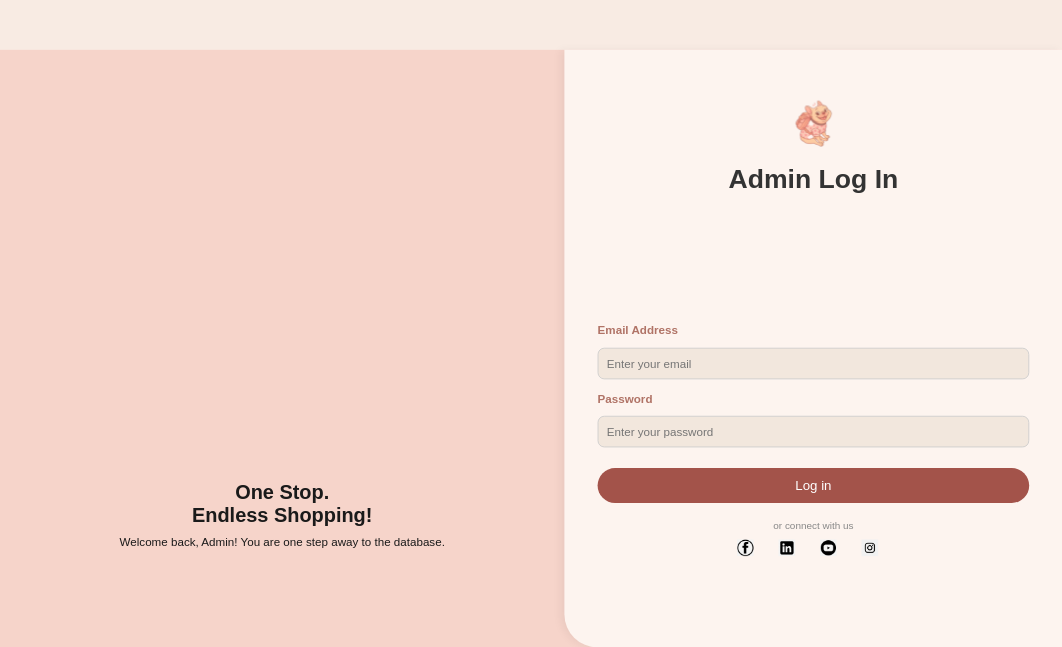
Repository: Yanayana-p/Bullgoods
Page: /adminlogin (app in Bullgoodiez/)
An editor plug-in stored every save of this project. The page is shown before and after the next save, followed by the edit.
The browser window is 1280 px wide. The pictures show the whole page, at 83% of full size.
Some web fonts or font styles are not loaded; a fallback is used. The project was rebuilt for these pictures with package versions that can differ from the ones it lists, and the page was loaded fresh each time. Also part of the build but not shown: Bullgoodiez/vite.config.js, Bullgoodiez/src/components/Navbar.css, Bullgoodiez/src/components/Navbar.jsx, Bullgoodiez/src/components/Home.jsx, Bullgoodiez/src/components/Developers.css, Bullgoodiez/src/components/Developers.jsx, Bullgoodiez/src/components/Mission1.css, Bullgoodiez/src/components/Mission1.jsx and 22 more.

Above is the page before, as saved 2025-05-18 23:07:30.

After the next save:
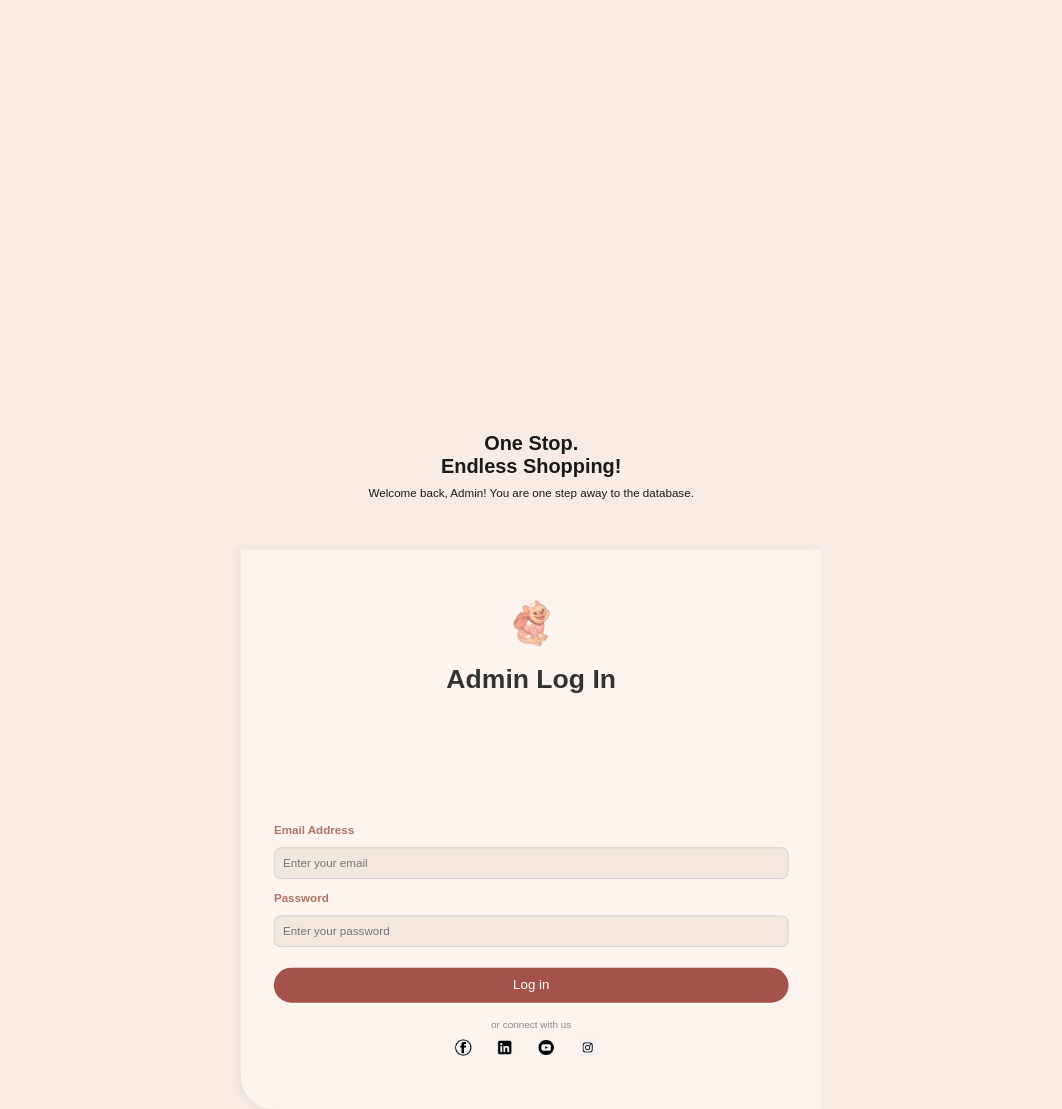
Saved 16 s later.
--- a/Bullgoodiez/src/adminlogin/alogin.css
+++ b/Bullgoodiez/src/adminlogin/alogin.css
@@ -1,11 +1,4 @@
-.admin-login-page {
-  display: flex;
-  height: 100vh;
-  background-color: #f6d4ca;
-  font-family: 'Arial', sans-serif;
-  margin: 0;
-  padding: 0;
-}
+
 
 .admin-left-panel {
   flex: 1;
